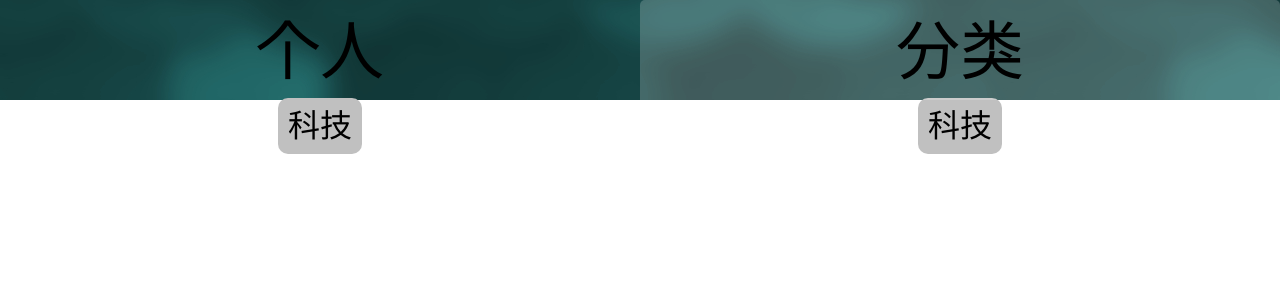
Repository: aoandxie/AoNews
Page: AoNews/WebContent/classify.html
The author's editor kept a copy of each file at every save. The page is drawn from the files as they stood at one save, then again after the next save.
The browser window is 1280 px wide. The pictures show the whole page.

Above is the page before, as saved 2017-03-05 16:01:39.

After the next save:
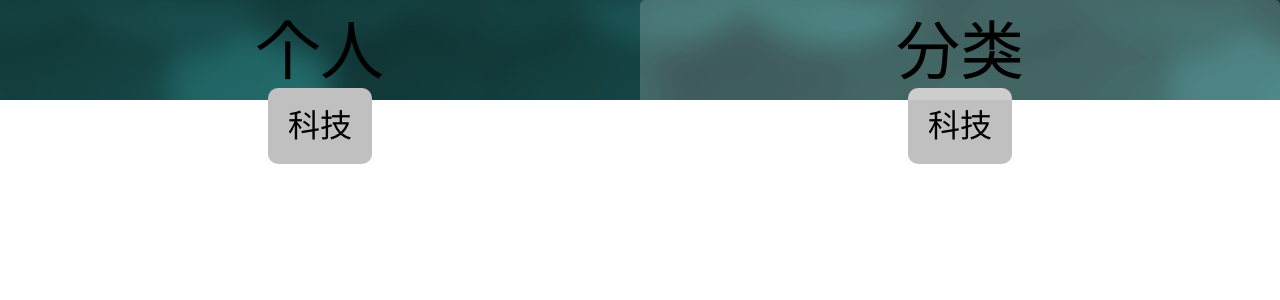
Saved 17 s later.
--- a/AoNews/WebContent/common_style.css
+++ b/AoNews/WebContent/common_style.css
@@ -122,7 +122,7 @@ a{
 
 .ClassBox a{
 	font-size: 2em;
-	padding: 10px;
+	padding: 20px;
 	border-radius: 10px;
 	background-color: silver;
 
